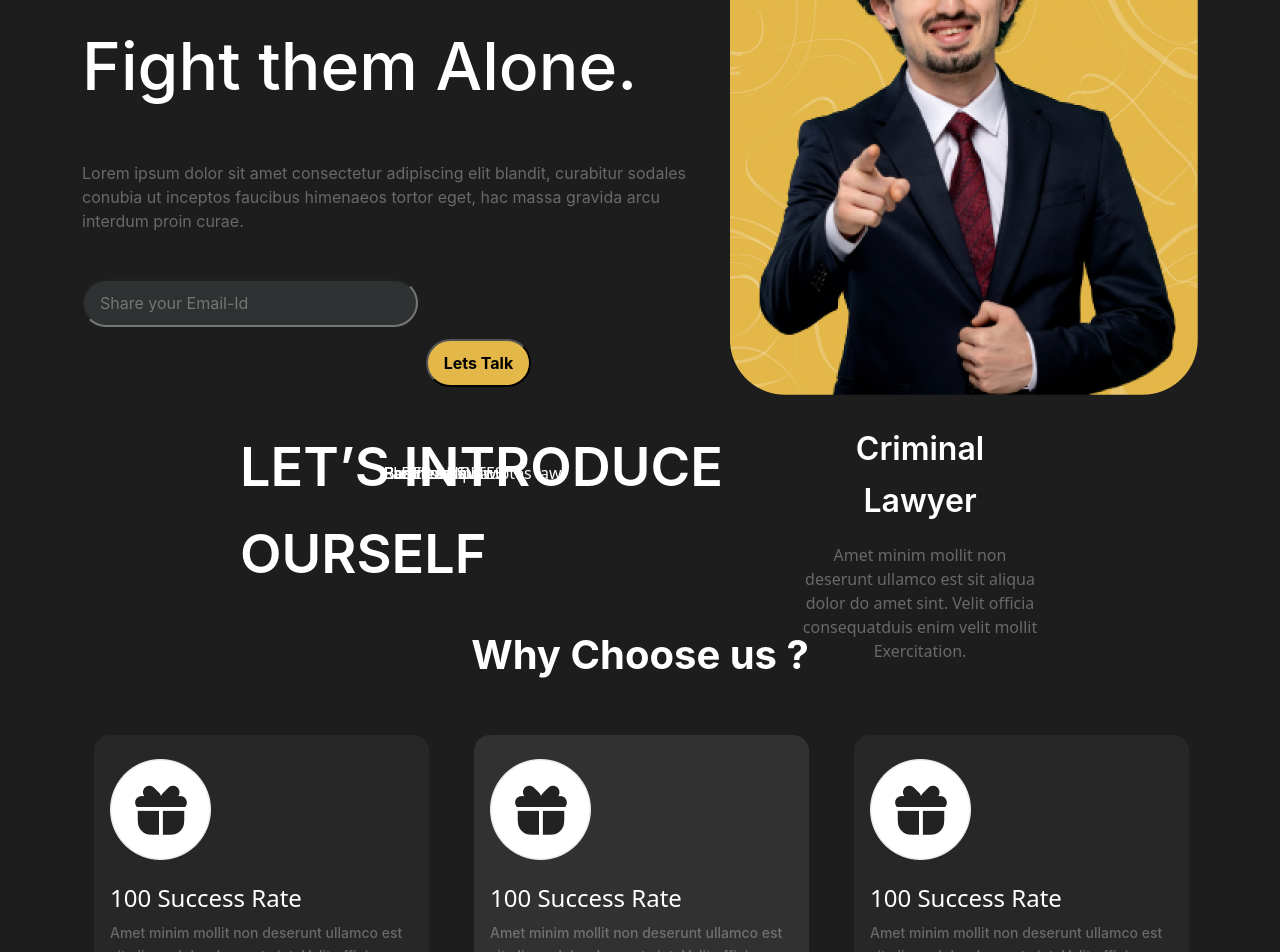
Repository: Senthil-Bala/LawFirm
Page: /
An editor plug-in stored every save of this project. The page is shown before and after a run of saves, followed by the edit.
The browser window is 1280 px wide. The pictures show the part of the page from y = 219 to 1171 px (the page is 3925 px tall).
The project was rebuilt for these pictures with package versions that can differ from the ones it lists, and the page was loaded fresh each time. Also part of the build but not shown: src/App.css, src/Components/Frequents/Accordionss.css, src/Components/Frequents/Accordionss.jsx.

Above is the page before, as saved 2023-11-29 18:55:49.

### src/App.js
import './App.css';
import 'bootstrap/dist/css/bootstrap.min.css';
import Navbar from "./Components/Navbars/Navbar"
import HeroSection from './Components/Heroess/HeroSection';
import Main from "./Components/Mainss/Main";
import Boxes from "./Components/Box/Boxes";
import Practices from './Components/Practicsing/Practices';
import Clients from "./Components/ClientSides/Clients";
import Team from "./Components/Teamss/Team";
import Faq from "./Components/Frequents/Faq"
import Subscribe from './Components/Subscribes/Subscribe';
import Footer from "./Components/Footers/Footer"

function App() {
  return (
    <div className="container">
      <Navbar/>
      <HeroSection/>
      <Main/>
      <Boxes/>
      <Practices/>
      <Clients/>
      <Team/>
      <Faq/>
      <Subscribe/>
      <Footer/>
    </div>
  );
}

export default App;

### src/Components/Navbars/Navbar.jsx
import React from 'react'
import Studio from "../assests/logo.png";
import "./Navbar.css"

function Navbar() {
  return (
    <div className='navbar'>
        <div className="logo ">
            <img src={Studio} alt="Logo"/>
            <p>IGSTUDIO</p>
        </div>
        <div className="mid">
            <p>Home</p>
            <p>Attorneys</p>
            <p>Practice</p>
            <p>About Us</p>
        </div>
        <div className="btn">
            <button>Contact Now</button>
        </div>
    </div>
  )
}

export default Navbar

### src/Components/Heroess/HeroSection.jsx
import React from "react";
import "./HeroSection.css";
import Hero from "../assests/hero.png";
import Container from 'react-bootstrap/Container';
import Row from 'react-bootstrap/Row';
import Col from 'react-bootstrap/Col';
function HeroSection() {
  return (
    <div className="hero">
      <div className="contentLeft">
        <p id="mainHeading">You don’t have to Fight them Alone.</p>
        <p id="subHeading">
          Lorem ipsum dolor sit amet consectetur adipiscing elit blandit,
          curabitur sodales conubia ut inceptos faucibus himenaeos tortor eget,
          hac massa gravida arcu interdum proin curae.
        </p>
        <div >
        <input type="text" placeholder="Share your Email-Id" />
        <button className="inBtn">Lets Talk</button>
        </div>
      </div>
      <div className="contentRight">
        <img src={Hero} alt="Hero" />
      </div>
    </div>

  //   <Container>
  //   <Row>
  //     <Col sm={12} md={6} lg={6} >
  //     <div className="contentLeft">
  //   <p id="mainHeading">You don’t have to Fight them Alone.</p>
  //        <p id="subHeading">
  //        Lorem ipsum dolor sit amet consectetur adipiscing elit blandit,
  //          curabitur sodales conubia ut inceptos faucibus himenaeos tortor eget,
  //          hac massa gravida arcu interdum proin curae.
  //        </p>
  //         <input type="text" placeholder="Share your Email-Id" />
  //     <button className="inBtn">Lets Talk</button>
  //      </div >
  //     </Col>
  //     <Col sm={12} md={6} lg={6}>
  //     <div className="contentRight mt-5">
  //       <img src={Hero} alt="Hero" />
  //    </div>
  //     </Col>
  //   </Row>

  // </Container>








  );
}

export default HeroSection;

### src/Components/Mainss/Main.jsx
import React from "react";
import "./Main.css";
import Container from 'react-bootstrap/Container';
import Row from 'react-bootstrap/Row';
import Col from 'react-bootstrap/Col';
function Main() {
  return (
    <div className="main">
    <div className="left">
        <p>Let’s Introduce <br /> Ourself</p>
    </div>
    {/* <div className="vertical-line"></div> */}
    <div className="right">
        <p id="heading">Criminal Lawyer</p>
        <p id="subHeading">
            Amet minim mollit non deserunt ullamco est sit aliqua dolor do amet
            sint. Velit officia consequatduis enim velit mollit Exercitation.
        </p>
    </div>
</div>



    //Grid layouts

  //   <Container className="mt-5 pt-5">
  //   <Row>
  //     <Col sm={12} md={6} lg={6}>
  //     <div className="left">
  //       <p>Let’s Introduce Ourself</p>
  //     </div>
  //     </Col>
  //     <Col  sm={12} md={6} lg={6}>
  //     <div className="right">
  //       <p id="heading">Criminal Lawyer</p>
  //       <p id="subHeading">
  //         Amet minim mollit non deserunt ullamco est sit aliqua dolor do amet
  //         sint. Velit officia consequatduis enim velit mollit Exercitation.
  //       </p>
  //     </div>
  //     </Col>
  //   </Row>

  // </Container>
  );
}

export default Main;

### src/Components/Box/Boxes.jsx
import React from "react";
import "./Boxes.css";
import Box from "../assests/box.png";
import Container from 'react-bootstrap/Container';
import Row from 'react-bootstrap/Row';
import Col from 'react-bootstrap/Col';
function Boxes() {
  return (
    // <div className="box">
    //   <h1>Why Choose us ?</h1>
    //   <br />
    //   <div className="chooseBox">
    //     <div className="box1">
    //       <img src={Box} alt="" className="mt-2" />
    //       <h4 className="mt-4">100 Success Rate</h4>
    //       <p className="small">
    //         Amet minim mollit non deserunt ullamco est sit aliqua dolor do amet
    //         sint. Velit officia consequatduis enim velit mollit Exer.
    //       </p>
    //     </div>
    //     <div className="box2">
    //       <img src={Box} alt="" className="mt-2" />
    //       <h4 className="mt-4">100 Success Rate</h4>
    //       <p className="small">
    //         Amet minim mollit non deserunt ullamco est sit aliqua dolor do amet
    //         sint. Velit officia consequatduis enim velit mollit Exer.
    //       </p>
    //     </div>
    //     <div className="box3">
    //       <img src={Box} alt="" className="mt-2" />
    //       <h4 className="mt-4">100 Success Rate</h4>
    //       <p className="small">
    //         Amet minim mollit non deserunt ullamco est sit aliqua dolor do amet
    //         sint. Velit officia consequatduis enim velit mollit Exer.
    //       </p>
    //     </div>
    //   </div>
    // </div>
    //Grid layouts

<div>
<h1  className="text-center my-5 heading">Why Choose us ?</h1>

<Container>
<Row className="gx-5 gy-5">
        <Col sm={12} md={6} lg={4} g-5 >
        <div className="box1 mt-2 mr-2">
          <img src={Box} alt="" className="mt-2" />
          <h4 className="mt-4">100 Success Rate</h4>
          <p className="small">
            Amet minim mollit non deserunt ullamco est sit aliqua dolor do amet
            sint. Velit officia consequatduis enim velit mollit Exer.
          </p>
          <button className="chip">Read More</button>
        </div>
        </Col>
        <Col sm={12} md={6} lg={4}>
        <div className="box2 mt-2 mr-2">
          <img src={Box} alt="" className="mt-2" />
          <h4 className="mt-4">100 Success Rate</h4>
          <p className="small">
            Amet minim mollit non deserunt ullamco est sit aliqua dolor do amet
            sint. Velit officia consequatduis enim velit mollit Exer.
          </p>
          <button className="chip" >Read More</button>
        </div>
        </Col>
        <Col sm={12} md={6} lg={4}>
        <div className="box3 mt-2 mr-2">
          <img src={Box} alt="" className="mt-2" />
          <h4 className="mt-4">100 Success Rate</h4>
          <p className="small">
            Amet minim mollit non deserunt ullamco est sit aliqua dolor do amet
            sint. Velit officia consequatduis enim velit mollit Exer.
          </p>
          <button className="chip">Read More</button>
        </div>
        </Col>
      </Row>

    </Container>
    </div>

  );
}

export default Boxes;

### src/Components/Practicsing/Practices.jsx
import React from "react";
import Container from "react-bootstrap/Container";
import Row from "react-bootstrap/Row";
import Col from "react-bootstrap/Col";
import Left from "../assests/left.png";
import Right from "../assests/right.png";
import "./Practices.css";

function Practices() {
  return (
    <div>
      <h1 className="text-center my-5 heading">Area of Practices</h1>

      <Container>
        <Row className="mt-3">
          <Col xs={12} sm={8}>
            <img src={Left} alt="Business law" className="left" />
            <p className="title">Business law</p>

          </Col>
          <Col xs={12} sm={4}>
            <img src={Right} alt="Partnership Law" className="right" />
            <p className="title">Partnership law</p>

          </Col>
        </Row>
        <Row className="mt-3">
        <Col xs={12} sm={4}>
            <img src={Right} alt="Partnership Law" className="right" />
            <p className="title">Real Estate law</p>
          </Col>
          <Col xs={12} sm={8}>
            <img src={Left} alt="Business law" className="left" />
            <p className="title">Business law</p>

          </Col>

        </Row>
        <Row className="mt-3">
          <Col xs={12} sm={8}>
            <img src={Left} alt="Business law" className="left" />
            <p className="title">LandLord Disruptes law</p>

          </Col>
          <Col xs={12} sm={4}>
            <img src={Right} alt="Partnership Law" className="right" />
            <p className="title">ELDER ABSUTES</p>

          </Col>
        </Row>
      </Container>
    </div>
  );
}

export default Practices;

### src/Components/ClientSides/Clients.jsx
import React from "react";
import "./Clients.css";
import EclipseOne from "../assests/EclipseOne.png";
import EclipseTwo from "../assests/EclipseTwo.png";
import EclipseThree from "../assests/EclipseThree.png";
import Container from 'react-bootstrap/Container';
import Row from 'react-bootstrap/Row';
import Col from 'react-bootstrap/Col';
function Clients() {
  return (
    // <div className="box">
    //   <h1>Why Choose us ?</h1>
    //   <br />
    //   <div className="chooseBox">
    //     <div className="box1">
    //       <img src={Box} alt="" className="mt-2" />
    //       <h4 className="mt-4">100 Success Rate</h4>
    //       <p className="small">
    //         Amet minim mollit non deserunt ullamco est sit aliqua dolor do amet
    //         sint. Velit officia consequatduis enim velit mollit Exer.
    //       </p>
    //     </div>
    //     <div className="box2">
    //       <img src={Box} alt="" className="mt-2" />
    //       <h4 className="mt-4">100 Success Rate</h4>
    //       <p className="small">
    //         Amet minim mollit non deserunt ullamco est sit aliqua dolor do amet
    //         sint. Velit officia consequatduis enim velit mollit Exer.
    //       </p>
    //     </div>
    //     <div className="box3">
    //       <img src={Box} alt="" className="mt-2" />
    //       <h4 className="mt-4">100 Success Rate</h4>
    //       <p className="small">
    //         Amet minim mollit non deserunt ullamco est sit aliqua dolor do amet
    //         sint. Velit officia consequatduis enim velit mollit Exer.
    //       </p>
    //     </div>
    //   </div>
    // </div>
    //Grid layouts

<div>
    <div className="clientHead d-flex justify-content-between align-items-center">
<h1  className=" my-5 heading">What Says Our <br /> Happy Clients</h1>
<div className="arrows">
<button>L</button>
<button className="rgt">R</button>
</div>


</div>
<Container>
<Row className="gx-4 gy-4">
        <Col sm={12} md={6} lg={4} >
        <div className="box1 mt-2 mr-2">
          <img src={EclipseOne} alt="" />
          <h4 className="mt-2">Joe Kooper</h4>
          <p >Ceo Of Hunt</p>
          <p className="small">
            Amet minim mollit non deserunt ullamco est sit aliqua dolor do amet
            sint. Velit officia consequatduis enim velit mollit Exer.
          </p>
          <button className="chip">Read More</button>
        </div>
        </Col>
        <Col sm={12} md={6} lg={4}>
        <div className="box2 mt-2 mr-2">
          <img src={EclipseTwo} alt="" className="mt-2" />
          <h4 className="mt-2">Robert Fox</h4>
          <p >Ceo Of Hunt</p>
          <p className="small">
            Amet minim mollit non deserunt ullamco est sit aliqua dolor do amet
            sint. Velit officia consequatduis enim velit mollit Exer.
          </p>
          <button className="chip" >Read More</button>
        </div>
        </Col>
        <Col sm={12} md={6} lg={4}>
        <div className="box3 mt-2 mr-2">
          <img src={EclipseThree} alt="" className="mt-2" />
          <h4 className="mt-2">Devon Lane</h4>
          <p >Ceo Of Hunt</p>
          <p className="small">
            Amet minim mollit non deserunt ullamco est sit aliqua dolor do amet
            sint. Velit officia consequatduis enim velit mollit Exer.
          </p>
          <button className="chip">Read More</button>
        </div>
        </Col>
      </Row>

    </Container>
    </div>

  );
}

export default Clients;

### src/Components/Teamss/Team.jsx
import React from 'react'
import Container from 'react-bootstrap/esm/Container'
import Row from 'react-bootstrap/Row';
import Col from 'react-bootstrap/Col';
import Daniel from "../assests/Daniel.png";
import Sanfole from "../assests/Sanfole.png";
import Casforila from "../assests/Casforila.png";
import Collean from "../assests/Collean.png";
import Haldone from "../assests/Haldone.png";
import Nik from "../assests/Nik.png"
import "./Team.css"

function Team() {
  return (
    <div className='teamDiv my-3'>
        <h1 className="text-center mt-5 heading">Our Team</h1>

        <Container>
        <Row>

        <Col xs={6} md={4} lg={4} className='mt-5'>
            <div className="items d-flex pt-1 ">
        <img src={Daniel} alt="" className='mr-3'/>
        <div>
          <h6 >Daniel Def</h6>
          <p className="opac">301 Cases</p>
          </div>
          </div>
        </Col>

        <Col xs={6} md={4} lg={4} className='mt-5'>
            <div className="items d-flex sanfole pt-1 ">
        <img src={Sanfole} alt="" className='mr-3 '/>
        <div>
          <h6>Sanfole</h6>
          <p className="opac">850 Cases</p>
          </div>
          </div>
        </Col>

        <Col xs={6} md={4}  lg={4} className='mt-5'>
            <div className="items d-flex pt-1">
        <img src={Casforila} alt="" className='mr-3'/>
        <div>
          <h6 >Casforila</h6>
          <p className="opac">470 Cases</p>
          </div>
          </div>
        </Col>

        <Col xs={6} md={4} lg={4} className='mt-5'>
            <div className="items d-flex pt-1 ">
        <img src={Collean} alt="" className='mr-3'/>
        <div>
          <h6 >Collean</h6>
          <p className="opac">180 Cases</p>
          </div>
          </div>
        </Col>

        <Col xs={6} md={4}  lg={4} className='mt-5'>
            <div className="items d-flex pt-1">
        <img src={Haldone} alt="" className='mr-3'/>
        <div>
          <h6 >Haldone</h6>
          <p className="opac">212 Cases</p>
          </div>
          </div>
        </Col>

        <Col xs={6} md={4}  lg={4} className='mt-5'>
            <div className="items d-flex p-2">
        <img src={Nik} alt="" className='mr-3'/>
        <div>
          <h6 >Nik Joe</h6>
          <p className="opac">350 cases</p>
          </div>
          </div>
        </Col>

      </Row>
      </Container>
    </div>
  )
}

export default Team

### src/Components/Frequents/Faq.jsx
import React from "react";
import Accordionss from "./Accordionss"
import "./Faq.css"
function Faq() {
  return (
    <div className="d-flex justify-content-between my-5">
      <div className="faq my-4">
        <h1>FAQ</h1>
        <p className="faqContent">
          Amet minim mollit non deserunt ullamco est sit <br /> aliqua dolor do amet
          sint.
        </p>
      </div>
      <div className="accordions mt-5">
        {/* <Accordions/> */}
      </div>
    </div>
  );
}

export default Faq;

### src/Components/Subscribes/Subscribe.jsx
import React from 'react'
import "./Subscribe.css"
function Subscribe() {
  return (
    <div className='subscribes mt-3'>
    <div className="newsLetter">
<h1 className='text-center mt-2'>Subscribe Our NewsLetter</h1>
</div>
<div className="inputAndbutton">
    <input type="text" className='inputOne' placeholder='Enter Your Name'/>
    <input type="text" className='inputOne' placeholder='Enter your Email'/>
    <button id='send'>Send</button>
</div>
    </div>
  )
}

export default Subscribe

### src/Components/Footers/Footer.jsx
import React from 'react'
import "./Footer.css";
import logo from "../assests/logo.png";
import Group from "../assests/group.png"
function Footer() {
  return (
    <div className='footerDiv my-3'>
        <div className="firstDiv container text-center">
           <div className='logoDiv'>
            <img src={logo} alt="logo" />
            <p>IGSTUDIO</p>
           </div>
           <div className="mainDiv ">
            <p>Home</p>
            <p>Attorneys</p>
            <p>Practice Areas</p>
            <p>About Us</p>
           </div>
           <div>
            <img src={Group} alt="Icons" />
           </div>
        </div>
        <br />
        <div className="secondDiv container text-center ">
            <p>© 2020 Acme. All rig</p>
            <p>Privacy Policy</p>
            <p>Terms of Service</p>
        </div>

    </div>
  )
}

export default Footer

### src/Components/Navbars/Navbar.css
.navbar {
    display: flex;
    justify-content: space-between;
    align-items: center;
    /* width: 100%;
    height: 3rem; */

}

.mid {
    display: flex;
    gap: 30px;
    font-family: Inter;
    text-align: center;
    justify-content: space-between;
    align-items: center;

}

.btn button {
    border: 2px solid #FFFFFF;
    background-color: #1D1D1D;
    color: #FFFFFF;
    /* justify-content: center;
    align-items: center; */
}

.logo {
    display: flex;
    justify-content: center;
    align-items: center;
    gap: 20px;
}

.logo img{
    height: 1rem;
}

### src/Components/Heroess/HeroSection.css
.hero {
    display: flex;
    justify-content: space-between;
    align-items: center;
    gap: 30px;
    font-family: Inter;

}

.contentLeft {
    margin-top: 5rem;
    display: flex;
    flex-direction: column;
    gap: 30px;
}

.contentRight {
    width: 467.71px;
    height: 467.71px;
}

.inBtn {
    background: rgba(227, 183, 72, 1);

    color: black;
    font-family: Inter;
    font-weight: bold;
    height: 3rem;
    padding: 1rem;
    display: flex;
    justify-content: center;
    align-items: center;
    border-radius: 3rem;
    text-align: center;
    position: absolute;
    right: 58.5%;
    top: 77.5%;
    outline: 0;
}

input[type='text'] {
    height: 3rem;
    padding: 1rem;
    border-radius: 3rem;
    width: 21rem;
    position: relative;
    background-color:rgb(47, 50, 50);
    color: darkslategray;
    outline: 0;
}

#mainHeading {
    font-size: 66px;
    font-weight: 500;
    line-height: 97px;
    letter-spacing: 0em;
    text-align: left;

}

#subHeading {
    color: dimgrey;

}

### src/Components/Mainss/Main.css
.main {
    display: flex;
    justify-content: center;
    text-align: center;
    margin-top: 6rem;
}

.left {
    font-family: Inter;
    font-size: 54px;
    font-weight: 600;
    line-height: 87px;
    text-align: left;

}
/* Styling for the main container */
.main {
    display: flex;
    align-items: center;
}

/* Styling for the vertical line */
.vertical-line {
    border-left: 1px solid dimgray; /* Set color for the left border */
    height: 100px; /* Set height of the line */
    margin: 0 20px; /* Adjust margin as needed */
}



.right{
    display: flex;
    flex-direction: column;

}
#heading {
    font-family: Inter;
    font-size: 32px;
    font-weight: 600;
    line-height: 52px;
    letter-spacing: 0em;
    text-align: center;
    /* width: 475px;
    height: 155px; */

}
#subHeading{
    color: dimgrey;
    /* width: 475px;
height: 87px;

opacity: 0.3px; */

}

### src/Components/Box/Boxes.css
.box{
    margin-top: 6rem;
    text-align: center;
}
.chooseBox{
    display: flex;
    justify-content: space-between;
}
.box1,.box2,.box3{
    width: 335px;
height: 370px;
padding: 1rem;
text-align: left;
/* border: 2px solid; */
border-radius: 1rem;
background-color:rgb(40, 39, 39);

}
.box2{
    background: rgba(71, 71, 71, 0.5);

}
.small{
    font-family: Inter;
font-size: 14px;
font-weight: 500;
line-height: 23px;
letter-spacing: 0em;
text-align: left;
opacity: 30%;

}
.chip{
    background: rgba(227, 183, 72, 1);

    color: black;
    font-family: Inter;
    font-weight: bold;
    height: 2rem;
    /* padding: 1rem; */
    display: flex;
    justify-content: center;
    align-items: center;
    border-radius: 1.5rem;
    text-align: center;
}
.heading{
    font-family: Inter;
    font-weight: bold;

}

### src/Components/Practicsing/Practices.css
.left{
    width:35rem;
    height:10rem;
    text-transform: uppercase;

}
.right{
    width:15rem;
    height:10rem;
    position: relative;
    text-transform: ;
}
.title{
    position: absolute;
    bottom: 0px;
    left: 30%;
    text-align: center;
}

### src/Components/ClientSides/Clients.css
.arrows button{
    border-radius: 50%;
    height: 3rem;
    width: 3rem;
}
.rgt{
    background: rgba(227, 183, 72, 1);
}
.box2{
    background: rgba(71, 71, 71, 0.5);

}

### src/Components/Teamss/Team.css
.opac{
    opacity: 30%;
}

.sanfole{
    background: rgba(227, 183, 72, 1);
border-radius: 1rem;
color: black;

}

### src/Components/Frequents/Faq.css
.faqContent{
    opacity: 30%;
}

### src/Components/Subscribes/Subscribe.css
.subscribes{
height: 356px;
background: rgba(71, 71, 71, 0.5);
display: flex;
flex-direction: column;
justify-content: center;
align-items: center;
border-radius: 1rem;
gap: 30px;
}
#send{
    background: rgba(227, 183, 72, 1);
    height: 2.5rem;
    width: 5rem;
    border-radius: 0.5rem;

}
.inputOne{
    width: 10rem;
    height: 2.5rem;
    border-radius: 0.5rem;
    padding-left: 1rem;

}
.inputAndbutton{
display: flex;
justify-content: space-between;
gap: 10px;
}

### src/Components/Footers/Footer.css
.footerDiv{

height: 367px;
/* border: 1px solid white; */
display: flex;
flex-direction: column;
font-size: smaller;
background-color: black;
/* width: 100%; */


}
.firstDiv{
    display: flex;
    justify-content: space-between;
    align-items: center;
    margin-top: 4rem;
}
.mainDiv{
    display: flex;
    justify-content: center;
    align-items: center;
    gap:50px;
}
.secondDiv{
    display: flex;
    justify-content: center;
    align-items: center;
    gap:20px;
    margin-top: 2rem;
    font-size: xx-small;

}

Loaded but not shown: public/index.html (common file); src/index.js (common file); src/index.css (common file); src/reportWebVitals.js (common file)

After the next 3 saves:
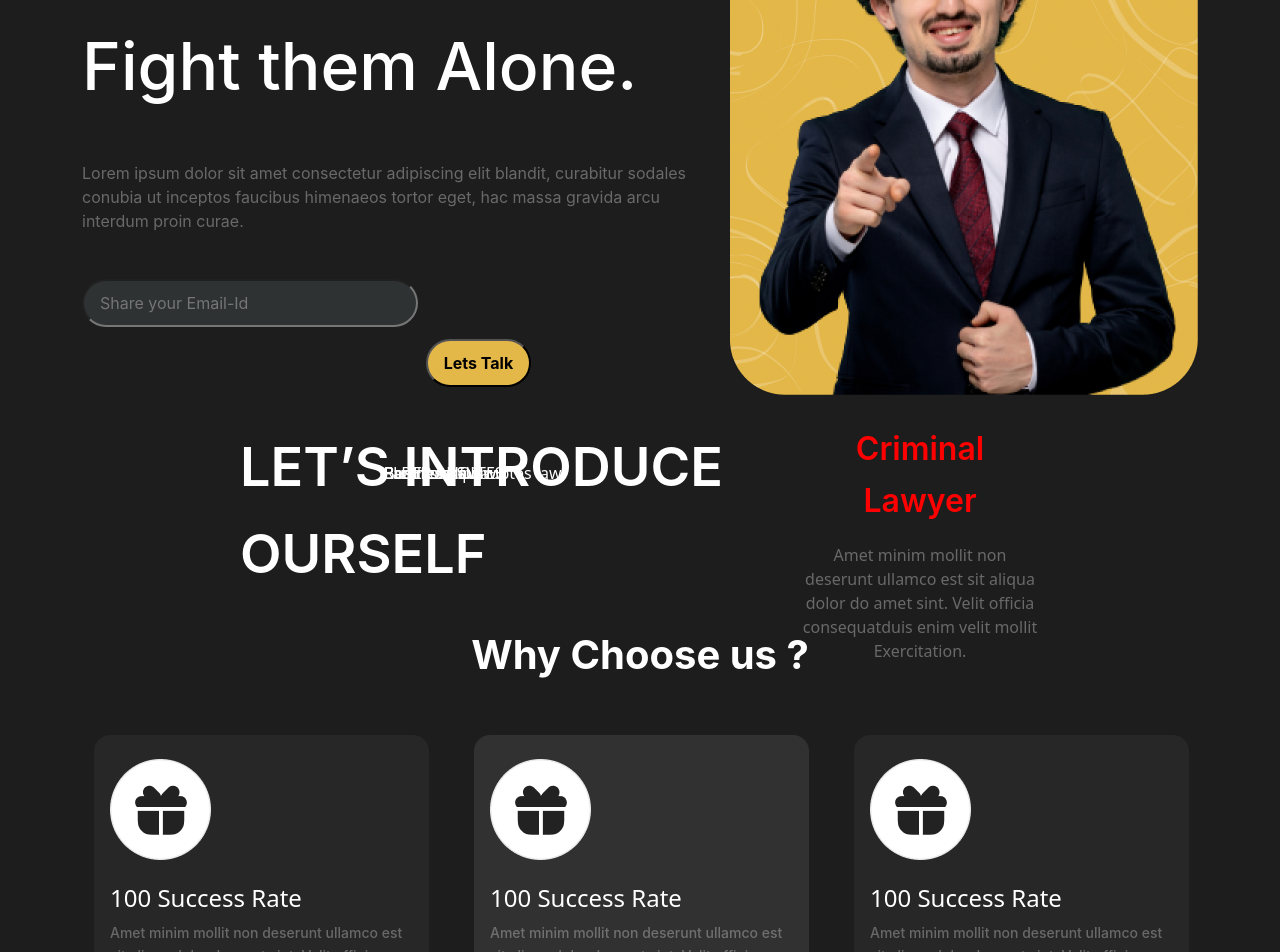
The 3 saves are shown as one change because they came seconds apart.
The last was saved 13 s later.
--- a/src/Components/Practicsing/Practices.css
+++ b/src/Components/Practicsing/Practices.css
@@ -8,7 +8,7 @@
     width:15rem;
     height:10rem;
     position: relative;
-    text-transform: ;
+   color: red ;
 }
 .title{
     position: absolute;
